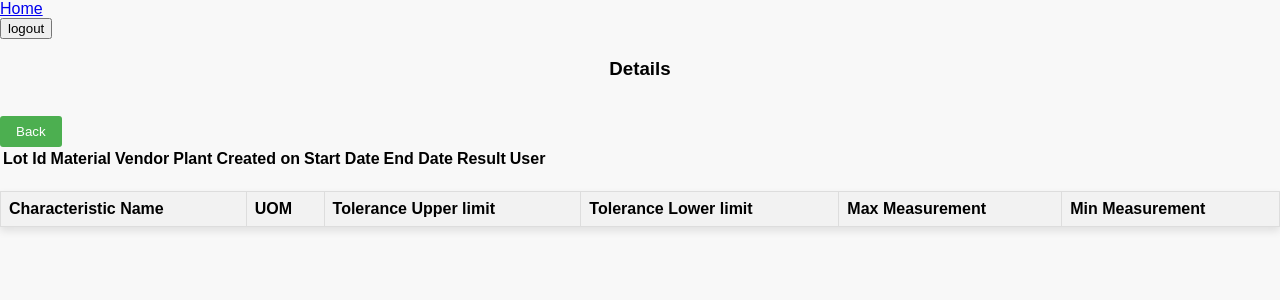
Repository: SJagadesh123/material-inspection01
Page: http://localhost/material_inspection/views/view-details.jsp
An editor plug-in stored every save of this project. The page is shown before and after the next save, followed by the edit.
The browser window is 1280 px wide. The pictures show the whole page.
The page is served by Tomcat 10. The template is opened directly, without the code that normally fills it, so the values that code supplies are empty.

Above is the page before, as saved 2024-02-11 08:03:51.
Not found: material inspection/material_inspection/css/header.css

After the next save:
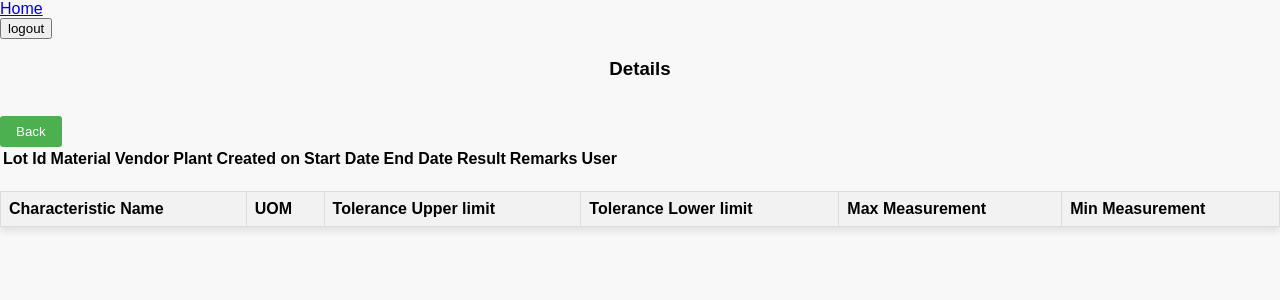
Saved 25 s later.
--- a/material inspection/material_inspection/src/main/webapp/views/view-details.jsp
+++ b/material inspection/material_inspection/src/main/webapp/views/view-details.jsp
@@ -51,6 +51,7 @@ h3 {
 				<th>Start Date</th>
 				<th>End Date</th>
 				<th>Result</th>
+				<th>Remarks</th>
 				<th>User</th>
 
 			</tr>
